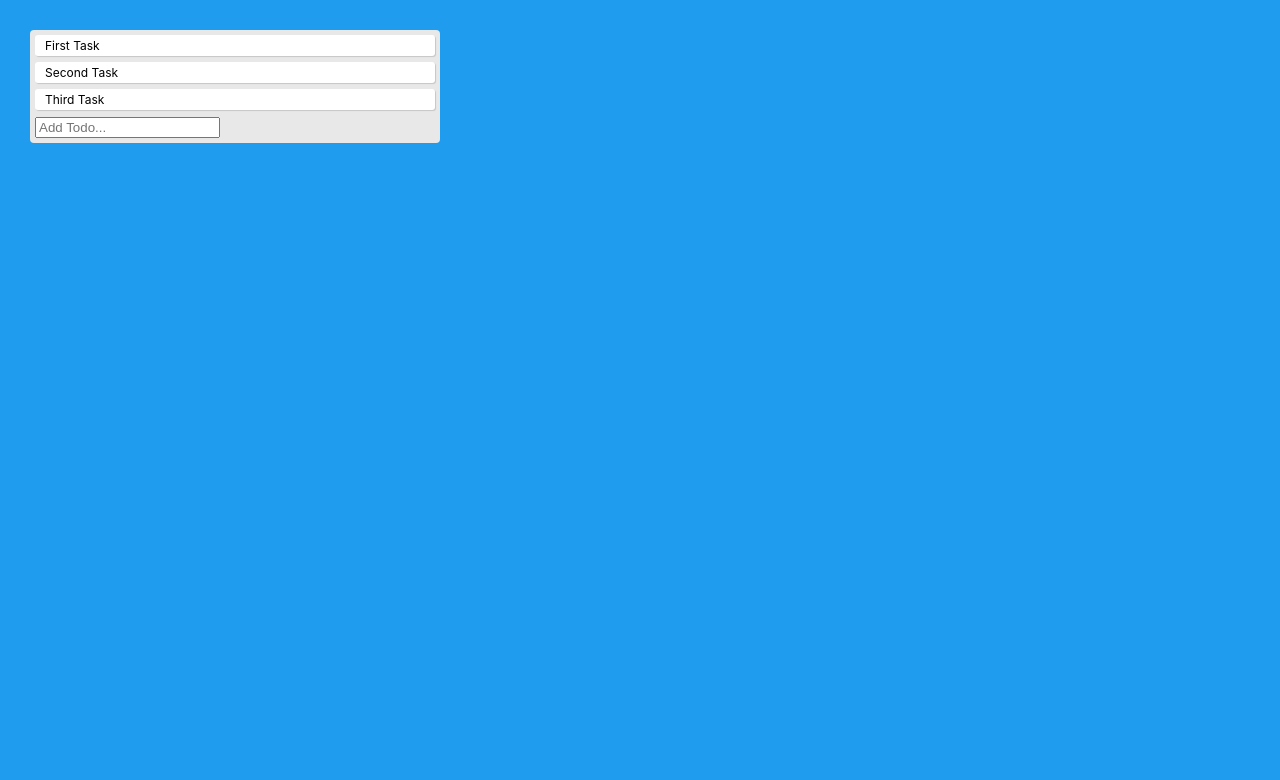
Repository: raphaelconstantino/todo-instances
Page: /
The author's editor kept a copy of each file at every save. The page is drawn from the files as they stood at one save, then again after the next save.
The browser window is 1280 px wide. The pictures show the whole page.
The project was rebuilt for these pictures with package versions that can differ from the ones it lists, and the page was loaded fresh each time.

Above is the page before, as saved 2019-10-01 21:14:45.

After the next save:
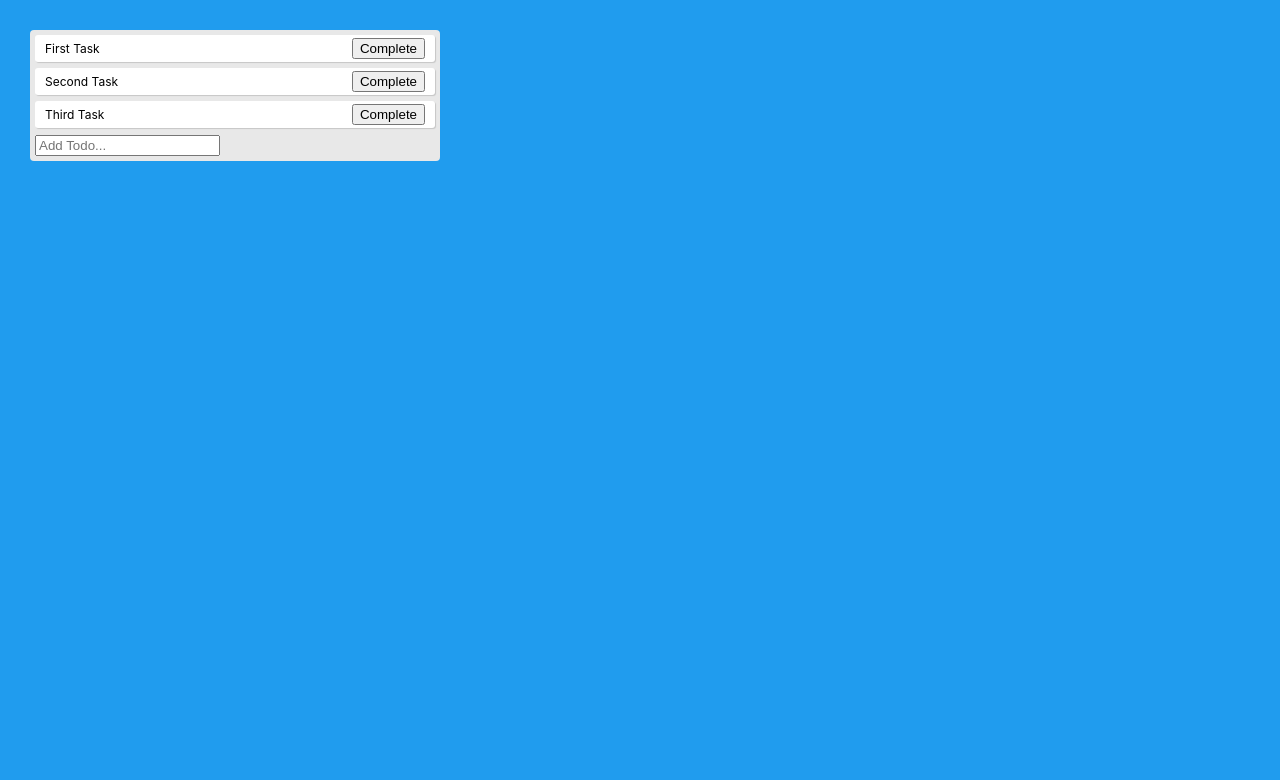
Saved 49 s later.
--- a/src/App.js
+++ b/src/App.js
@@ -3,7 +3,12 @@ import './App.css'
 
 function Todo({ todo, index }) {
   return (
-    <div style={{ textDecoration: todo.isCompleted ? 'line-through' : '' }} className="todo">{todo.text}</div>
+    <div style={{ textDecoration: todo.isCompleted ? 'line-through' : '' }} className="todo">
+      {todo.text}
+      <div>
+        <button>Complete</button>
+      </div>
+    </div>
   )
 }
 
